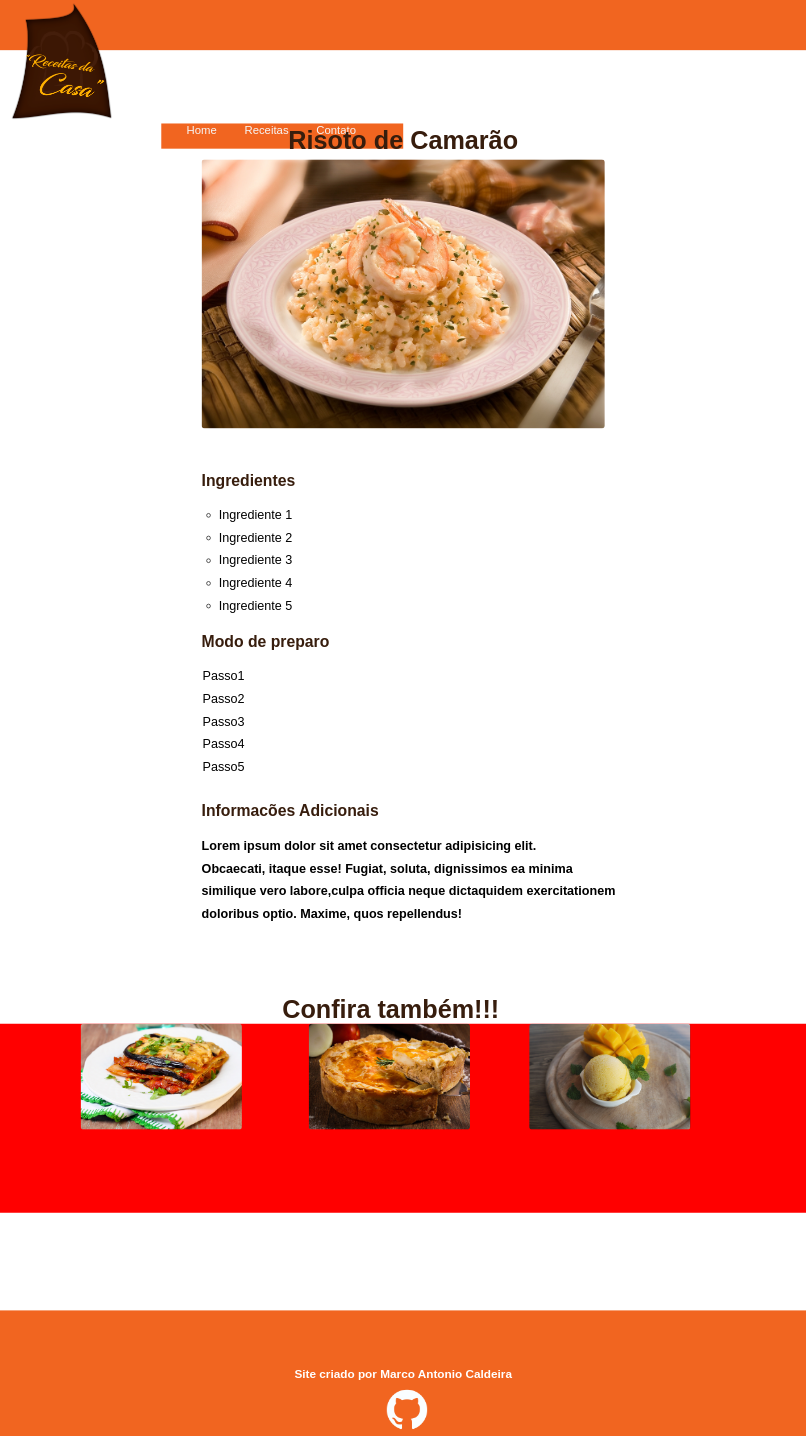
Repository: MarcoantonioCaldeira/Aprendizados-e-Conhecimentos
Page: Receitas da Casa/index.html
The author's editor kept a copy of each file at every save. The page is drawn from the files as they stood at one save, then again after the next save.
The browser window is 1280 px wide. The pictures show the whole page, at 63% of full size.

Above is the page before, as saved 2022-05-29 21:59:37.

After the next save:
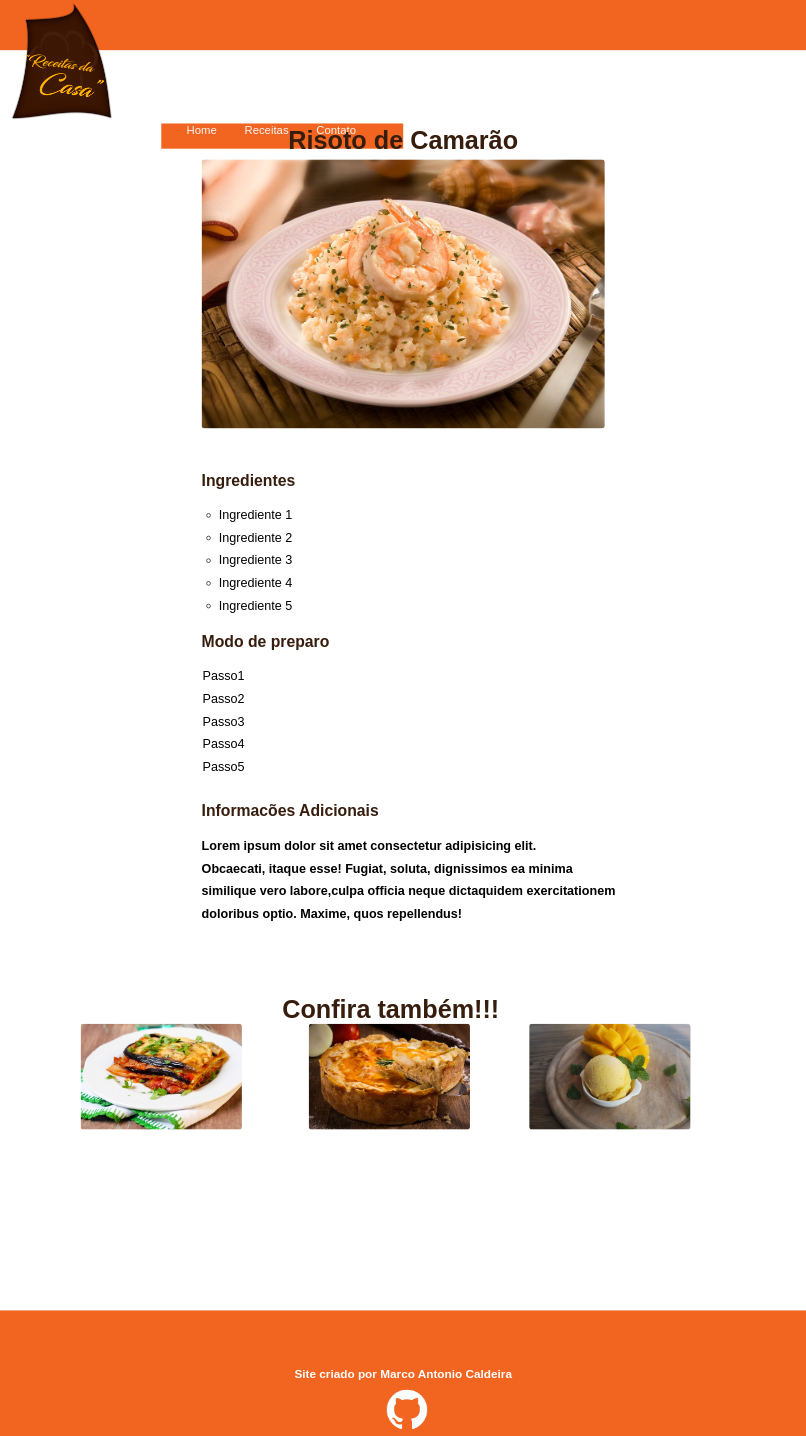
Saved 34 s later.
--- a/Receitas da Casa/css/estilo.css
+++ b/Receitas da Casa/css/estilo.css
@@ -36,6 +36,11 @@
   width:50%;
 }
 
+#outras_receitas{
+  width: 100%;
+  height: 300px;
+  background-color:white;
+}
 
 .img_receita1{
   position:relative;
@@ -58,13 +63,6 @@
   width:20%;
 }
 
-
-#outras_receitas{
-  width: 100%;
-  height: 300px;
-  background-color:red;
-}
-
 #rodape{
   background-color: rgb(241, 101, 32);
   width: 100%;

After the save that followed:
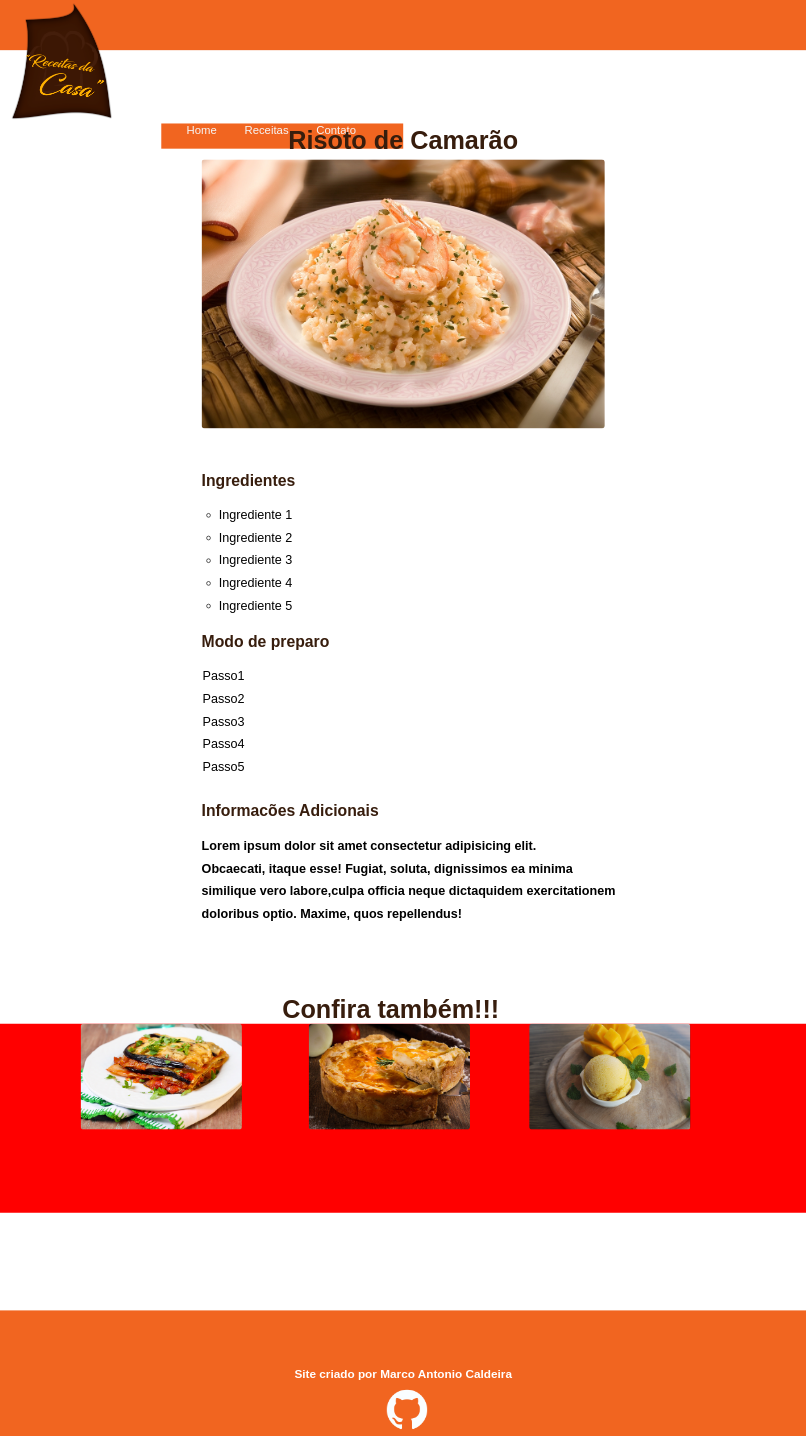
Saved 12 s later.
--- a/Receitas da Casa/css/estilo.css
+++ b/Receitas da Casa/css/estilo.css
@@ -39,7 +39,7 @@
 #outras_receitas{
   width: 100%;
   height: 300px;
-  background-color:white;
+  background-color:red;
 }
 
 .img_receita1{
